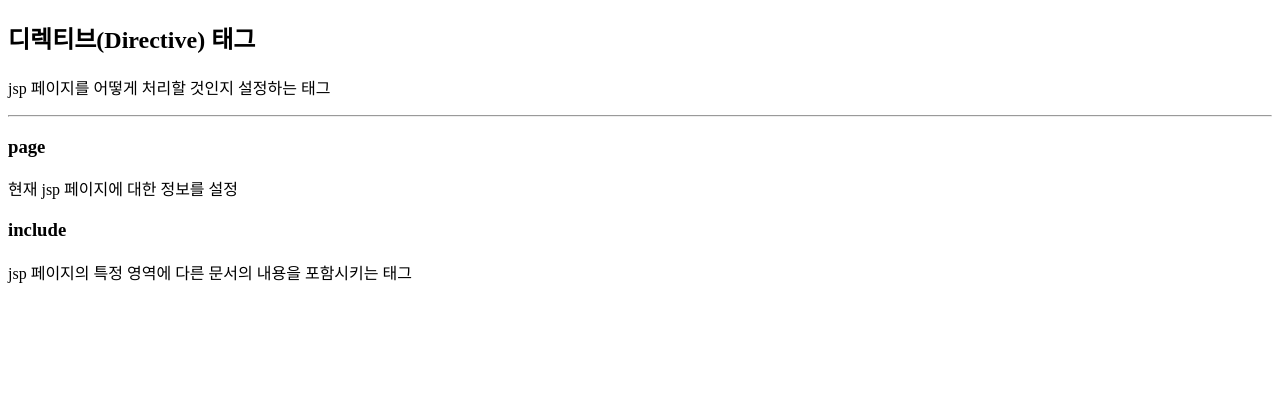
Repository: Rua1006/JSP
Page: http://localhost/practice02/01.Directive.jsp
An editor plug-in stored every save of this project. The page is shown before and after the next save, followed by the edit.
The browser window is 1280 px wide. The pictures show the whole page.
The page is served by Tomcat 9. Other server files are loaded and not shown.

Above is the page before, as saved 2022-11-10 01:31:52.

### practice02/WebContent/01.Directive.jsp
<%@ page language="java" contentType="text/html; charset=UTF-8"
    pageEncoding="UTF-8"%>
<%@ taglib prefix="c" uri="http://java.sun.com/jsp/jstl/core" %>
<%@ taglib prefix="fmt" uri="http://java.sun.com/jsp/jstl/fmt" %>
<%@ page import ="java.util.*" %>
<%@ page import ="java.text.*, java.net.InetAddress" %>
<%@ include file = "common.jsp" %>
<!DOCTYPE html>
<html>
<head>
<meta charset="UTF-8">
<title>Directive</title>
</head>
<body>
	<h2>디렉티브(Directive) 태그</h2>
	<p>jsp 페이지를 어떻게 처리할 것인지 설정하는 태그</p>
	<hr>
	<h3>page</h3>
	<p>현재 jsp 페이지에 대한 정보를 설정</p>
	<h3>include</h3>
	<p>jsp 페이지의 특정 영역에 다른 문서의 내용을 포함시키는 태그</p>
</body>
</html>

Loaded but not shown: practice02/WebContent/common.jsp (common file)

After the next save:
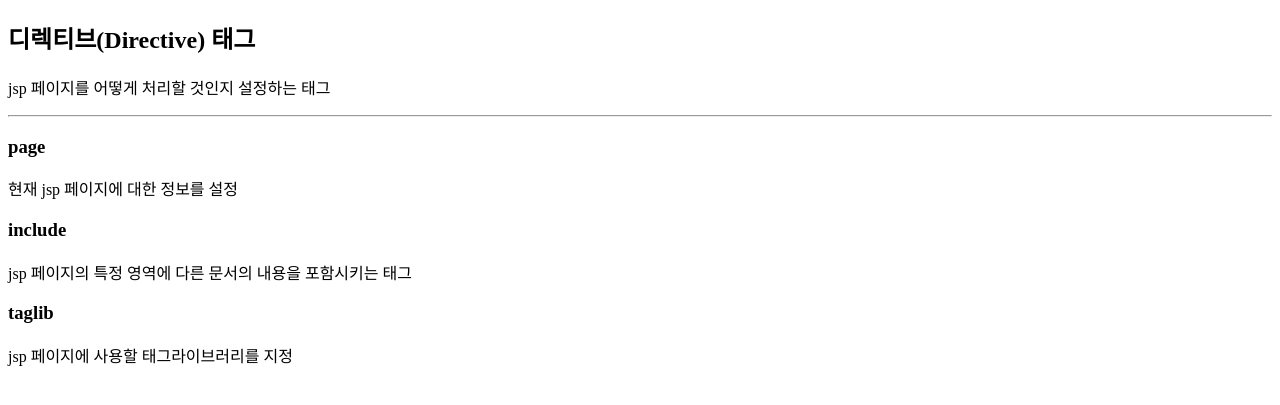
Saved 23 s later.
--- a/practice02/WebContent/01.Directive.jsp
+++ b/practice02/WebContent/01.Directive.jsp
@@ -19,5 +19,7 @@
 	<p>현재 jsp 페이지에 대한 정보를 설정</p>
 	<h3>include</h3>
 	<p>jsp 페이지의 특정 영역에 다른 문서의 내용을 포함시키는 태그</p>
+	<h3>taglib</h3>
+	<p>jsp 페이지에 사용할 태그라이브러리를 지정</p>
 </body>
 </html>
